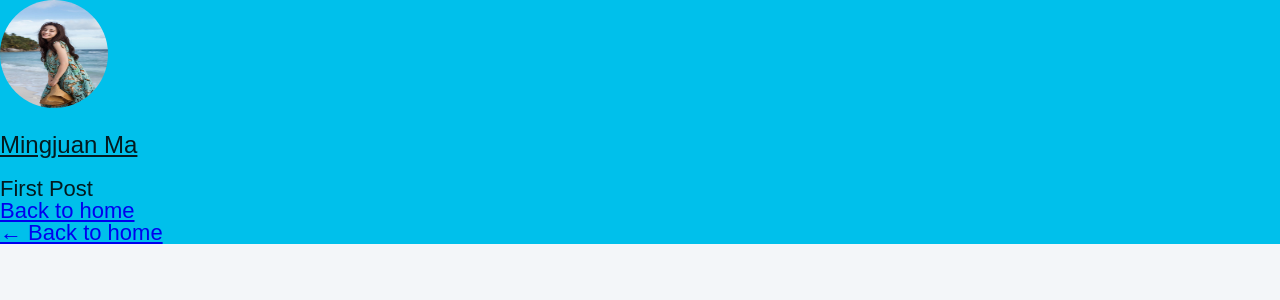
Repository: happy760690/nextjs-react
Page: /posts/first-post
These files come from the project's save history. The page is drawn as it stood at one moment and after the next save; the edit follows.
The browser window is 1280 px wide. The pictures show the whole page.
The project was rebuilt for these pictures with package versions that can differ from the ones it lists, and the page was loaded fresh each time. The framework's server and built-in components were replaced by stand-ins that run in the browser. Also part of the build but not shown: next.config.js.

Above is the page before, as saved 2021-07-09 16:24:06.

After the next save:
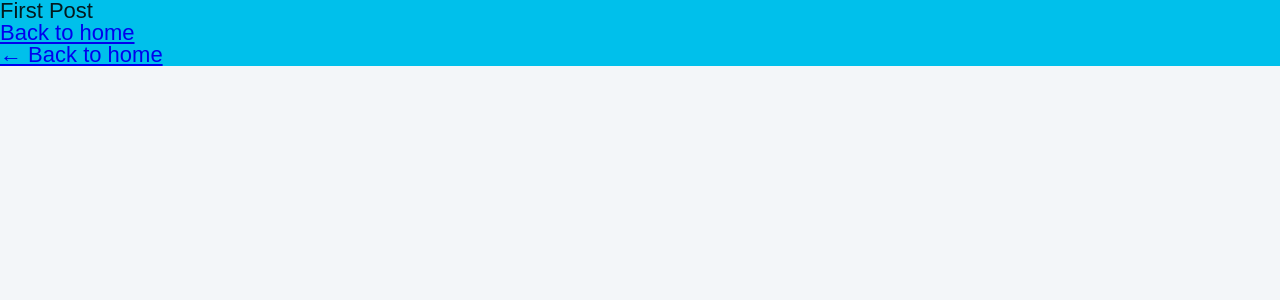
Saved 7 min 41 s later.
--- a/components/layout.tsx
+++ b/components/layout.tsx
@@ -59,41 +59,7 @@ export default function Layout({ children, home }: {
         <script src="./js/flexible.js"></script>
       </Head>
       {/* 头部内容 */}
-      <header className={styles.header}>
-        {home ? (
-          <>
-            <Image
-              priority
-              src="/images/profile.jpg"
-              className={utilStyles.borderCircle}
-              height={144}
-              width={144}
-              alt={name}
-            />
-            <h1 className={utilStyles.heading2Xl}>{name}</h1>
-          </>
-        ) : (
-          <>
-            <Link href="/">
-              <a>
-                <Image
-                  priority
-                  src="/images/profile.jpg"
-                  className={utilStyles.borderCircle}
-                  height={108}
-                  width={108}
-                  alt={name}
-                />
-              </a>
-            </Link>
-            <h2 className={utilStyles.headingLg}>
-              <Link href="/">
-                <a className={utilStyles.colorInherit}>{name}</a>
-              </Link>
-            </h2>
-          </>
-        )}
-      </header>
+
       {/* 子内容 */}
       <main>{children}</main>
       {/* 底部内容 */}
